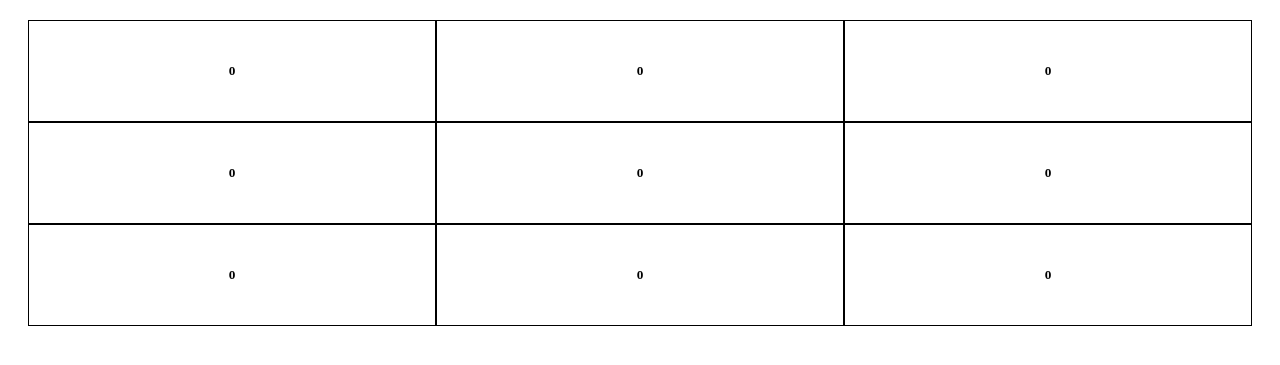
Repository: khalifalmahmud0/React__Tic-Tac-Toe
Page: /
An editor plug-in stored every save of this project. The page is shown before and after the next save, followed by the edit.
The browser window is 1280 px wide. The pictures show the whole page.
The project was rebuilt for these pictures with package versions that can differ from the ones it lists, and the page was loaded fresh each time. Also part of the build but not shown: vite.config.js, src/App.css, src/assets/css/index.css.

Above is the page before, as saved 2023-06-06 23:08:57.

After the next save:
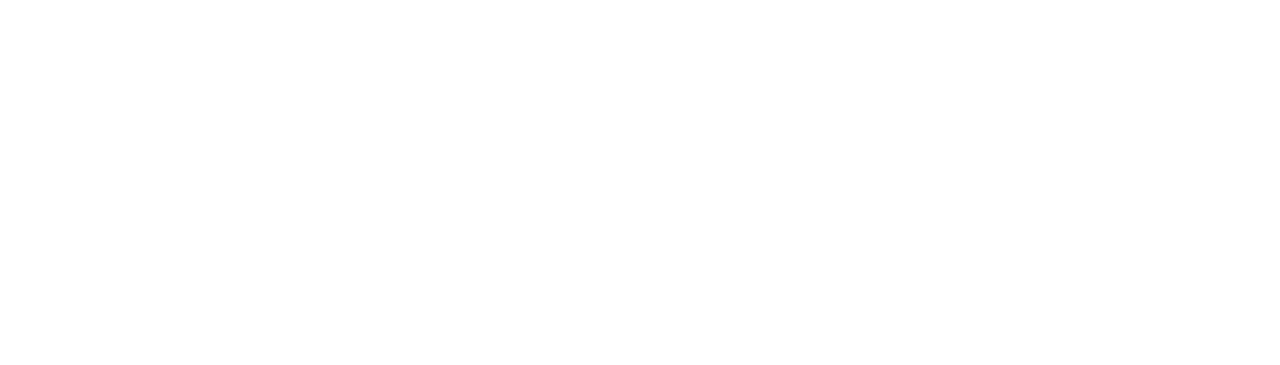
Console error: ReferenceError: PP is not defined
Saved 6 s later.
--- a/src/components/Board/Board.jsx
+++ b/src/components/Board/Board.jsx
@@ -2,7 +2,7 @@
 import Box from "../Box/Box";
 import "./Board.css";
 export default function Board() {
-	const [state, setState] = useState(Array(9).fill(0));
+	const [state, setState] = useState(Array(9).fill(PP));
 	return (
 		<>
 			<div className="board-container">

After the save that followed:
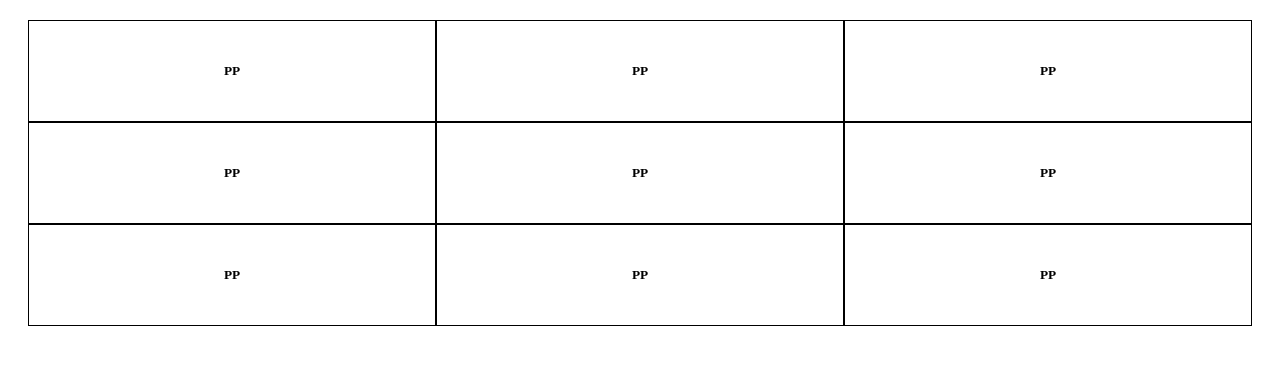
The error is gone.
Saved 4 s later.
--- a/src/components/Board/Board.jsx
+++ b/src/components/Board/Board.jsx
@@ -2,7 +2,7 @@
 import Box from "../Box/Box";
 import "./Board.css";
 export default function Board() {
-	const [state, setState] = useState(Array(9).fill(PP));
+	const [state, setState] = useState(Array(9).fill("PP"));
 	return (
 		<>
 			<div className="board-container">
